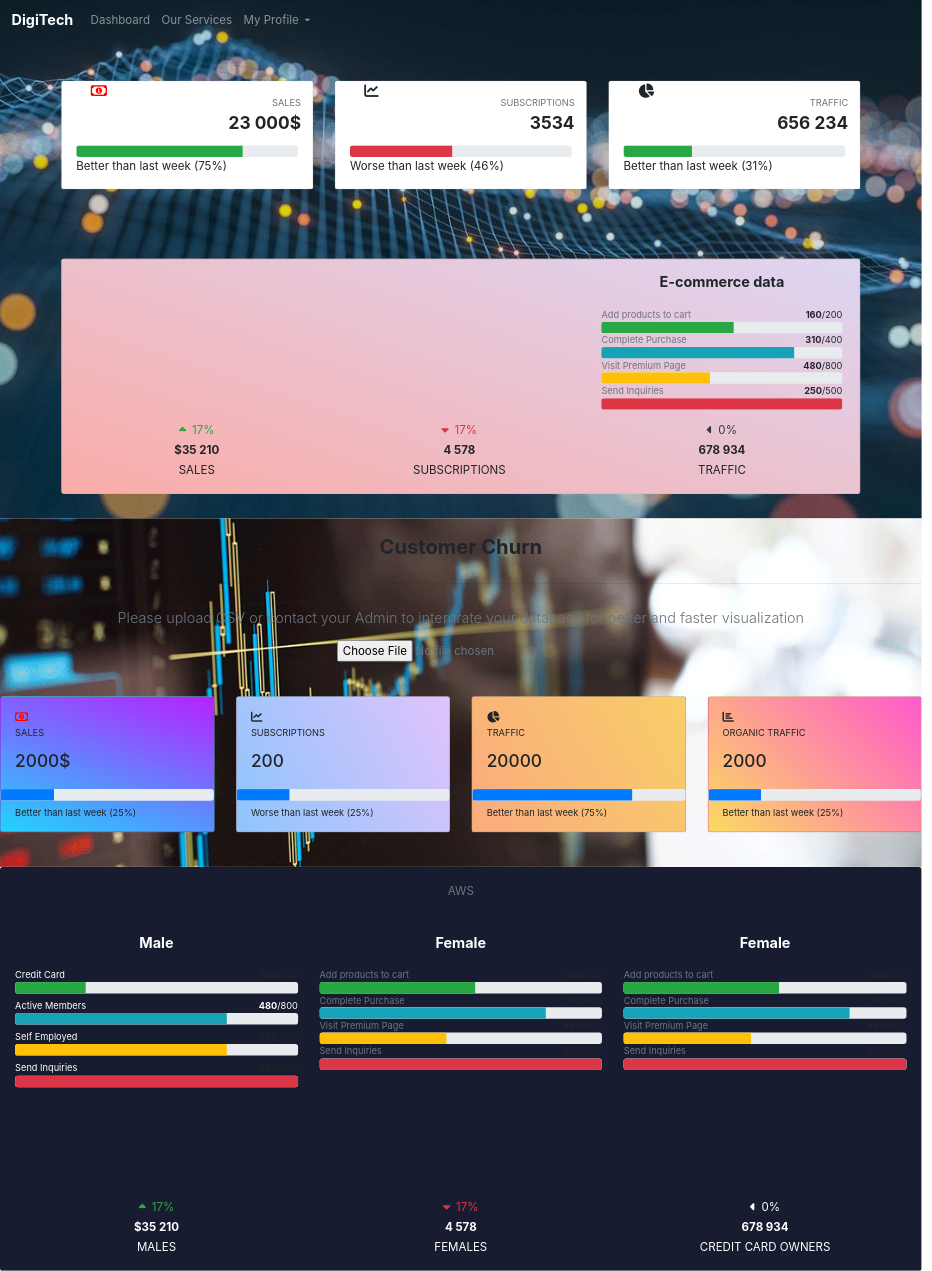
Repository: Tookliin/DigiTech
Page: /data
An editor plug-in stored every save of this project. The page is shown before and after the next save, followed by the edit.
The browser window is 1280 px wide. The page is 1295 px wide, so the pictures cover 1295 px, including what lies to the right of the window. The pictures show the whole page, at 72% of full size.
The project was rebuilt for these pictures with package versions that can differ from the ones it lists, and the page was loaded fresh each time. Also part of the build but not shown: src/components/Dashboard.vue, src/components/Profile.vue, src/components/Error.vue, src/components/Register.vue.

Above is the page before, as saved 2020-07-22 09:39:04.

After the next save:
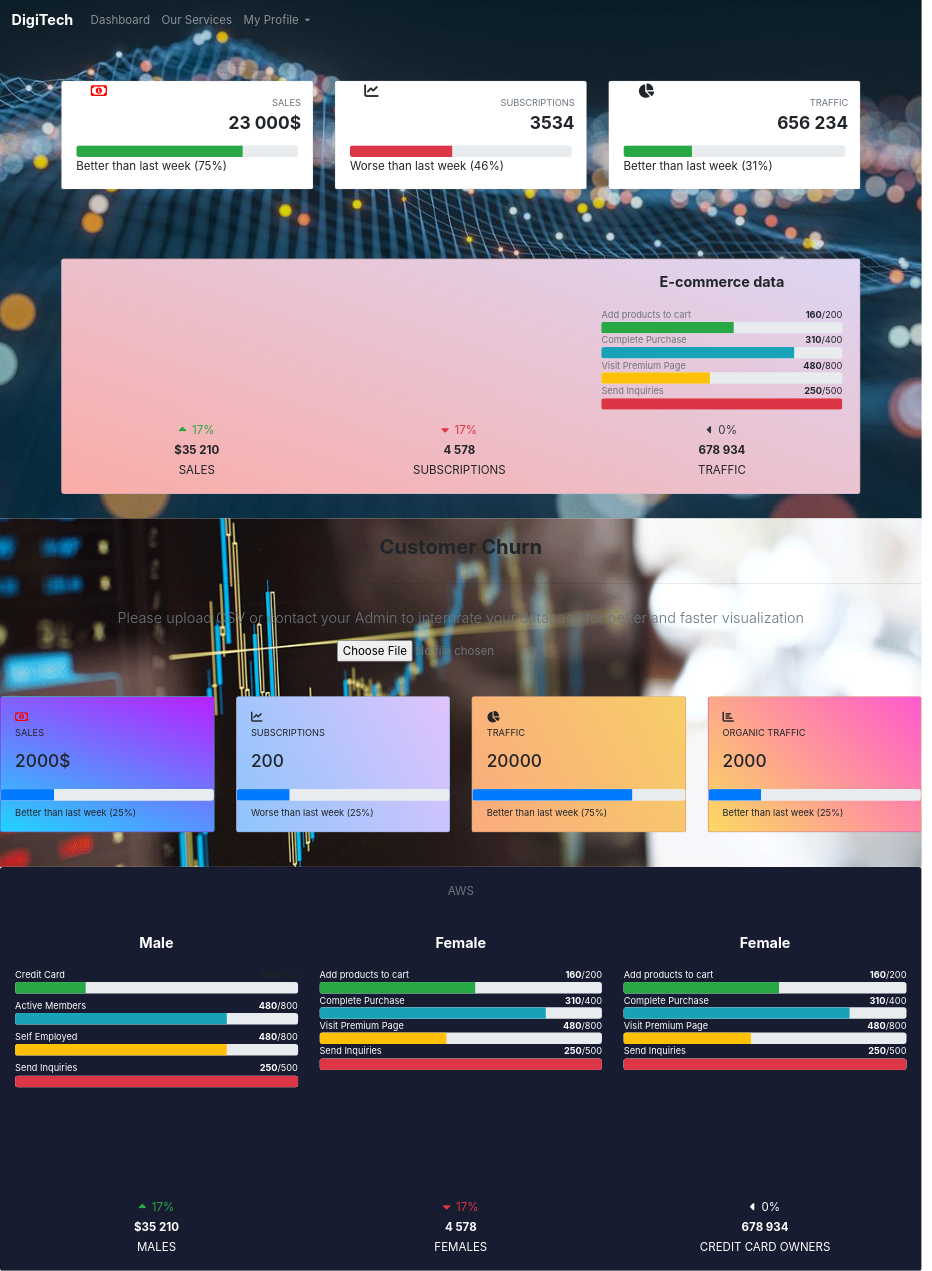
Saved 91 s later.
--- a/src/components/Organization.vue
+++ b/src/components/Organization.vue
@@ -252,7 +252,7 @@
 
           <div class="d-flex justify-content-between mt-2">
             <small class="text-white">Self Employed</small>
-            <small><span><strong>480</strong></span>/<span></span>800</small>
+            <small class="text-white"><span><strong>480</strong></span>/<span></span>800</small>
           </div>
           <div class="progress md-progress">
             <div class="progress-bar bg-warning" role="progressbar" style="width: 75%" aria-valuenow="75"
@@ -261,7 +261,7 @@
 
           <div class="d-flex justify-content-between mt-2">
             <small class="text-white">Send Inquiries</small>
-            <small><span><strong>250</strong></span>/<span></span>500</small>
+            <small class="text-white"><span><strong>250</strong></span>/<span></span>500</small>
           </div>
           <div class="progress md-progress">
             <div class="progress-bar bg-danger" role="progressbar" style="width: 100%" aria-valuenow="100"
@@ -273,8 +273,8 @@
       <div class="col-md-4 mb-4">
           <h5 class="text-center text-white font-weight-bold mb-4">Female</h5>
           <div class="d-flex justify-content-between">
-            <small class="text-muted">Add products to cart</small>
-            <small><span><strong>160</strong></span>/<span></span>200</small>
+            <small class="text-white">Add products to cart</small>
+            <small class="text-white"><span><strong>160</strong></span>/<span></span>200</small>
           </div>
           <div class="progress md-progress">
             <div class="progress-bar bg-success" role="progressbar" style="width: 55%" aria-valuenow="55"
@@ -282,8 +282,8 @@
           </div>
 
           <div class="d-flex justify-content-between">
-            <small class="text-muted">Complete Purchase</small>
-            <small><span><strong>310</strong></span>/<span></span>400</small>
+            <small class="text-white">Complete Purchase</small>
+            <small class="text-white"><span><strong>310</strong></span>/<span></span>400</small>
           </div>
 
           <div class="progress md-progress">
@@ -292,8 +292,8 @@
           </div>
 
           <div class="d-flex justify-content-between">
-            <small class="text-muted">Visit Premium Page</small>
-            <small><span><strong>480</strong></span>/<span></span>800</small>
+            <small class="text-white">Visit Premium Page</small>
+            <small class="text-white"><span><strong>480</strong></span>/<span></span>800</small>
           </div>
 
           <div class="progress md-progress">
@@ -302,8 +302,8 @@
           </div>
 
           <div class="d-flex justify-content-between">
-            <small class="text-muted">Send Inquiries</small>
-            <small><span><strong>250</strong></span>/<span></span>500</small>
+            <small class="text-white">Send Inquiries</small>
+            <small class="text-white"><span><strong>250</strong></span>/<span></span>500</small>
           </div>
           <div class="progress md-progress">
             <div class="progress-bar bg-danger" role="progressbar" style="width: 100%" aria-valuenow="100"
@@ -316,8 +316,8 @@
         <div class="col-md-4 mb-4">
           <h5 class="text-center text-white font-weight-bold mb-4">Female</h5>
           <div class="d-flex justify-content-between">
-            <small class="text-muted">Add products to cart</small>
-            <small><span><strong>160</strong></span>/<span></span>200</small>
+            <small class="text-white">Add products to cart</small>
+            <small class="text-white"><span><strong>160</strong></span>/<span></span>200</small>
           </div>
           <div class="progress md-progress">
             <div class="progress-bar bg-success" role="progressbar" style="width: 55%" aria-valuenow="55"
@@ -325,8 +325,8 @@
           </div>
 
           <div class="d-flex justify-content-between">
-            <small class="text-muted">Complete Purchase</small>
-            <small><span><strong>310</strong></span>/<span></span>400</small>
+            <small class="text-white">Complete Purchase</small>
+            <small class="text-white"><span><strong>310</strong></span>/<span></span>400</small>
           </div>
 
           <div class="progress md-progress">
@@ -335,8 +335,8 @@
           </div>
 
           <div class="d-flex justify-content-between">
-            <small class="text-muted">Visit Premium Page</small>
-            <small><span><strong>480</strong></span>/<span></span>800</small>
+            <small class="text-white">Visit Premium Page</small>
+            <small class="text-white"><span><strong>480</strong></span>/<span></span>800</small>
           </div>
 
           <div class="progress md-progress">
@@ -345,8 +345,8 @@
           </div>
 
           <div class="d-flex justify-content-between">
-            <small class="text-muted">Send Inquiries</small>
-            <small><span><strong>250</strong></span>/<span></span>500</small>
+            <small class="text-white">Send Inquiries</small>
+            <small class="text-white"><span><strong>250</strong></span>/<span></span>500</small>
           </div>
           <div class="progress md-progress">
             <div class="progress-bar bg-danger" role="progressbar" style="width: 100%" aria-valuenow="100"
